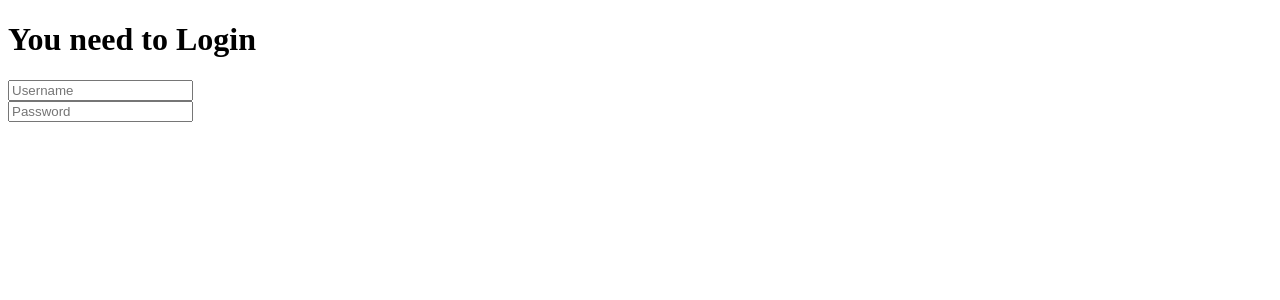
Repository: vinaykn1988/f
Page: http://localhost/14_Cookies/loginForm.jsp
These files come from the project's save history. The page is drawn as it stood at one moment and after the next save; the edit follows.
The browser window is 1280 px wide. The pictures show the whole page.
The page is served by Tomcat 9.

Above is the page before, as saved 2015-10-17 04:37:45.

After the next save:
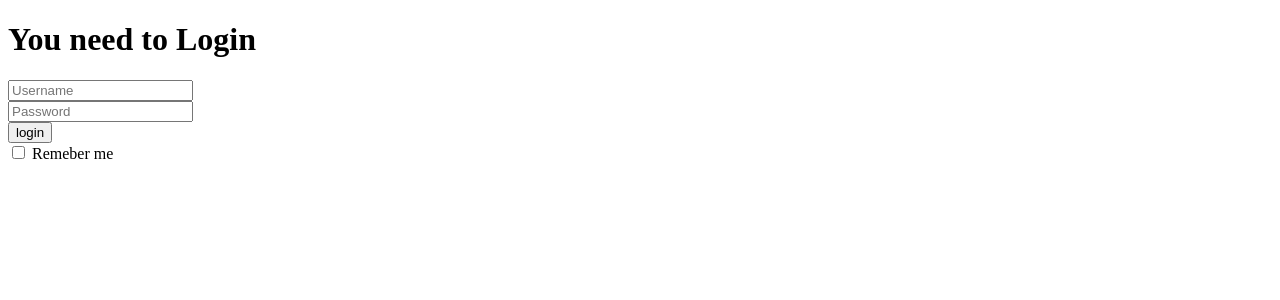
Saved 2 min 8 s later.
--- a/full/CoreJava/14 Cookies/WebContent/loginForm.jsp
+++ b/full/CoreJava/14 Cookies/WebContent/loginForm.jsp
@@ -23,6 +23,16 @@
 
 </div>
 
+<div>
+<button> login</button>
+</div>
+
+
+<div>
+<input type="checkbox" name="remember" value="yes" /> Remeber me
+</div>
+
+
 </form>
 
 </body>
